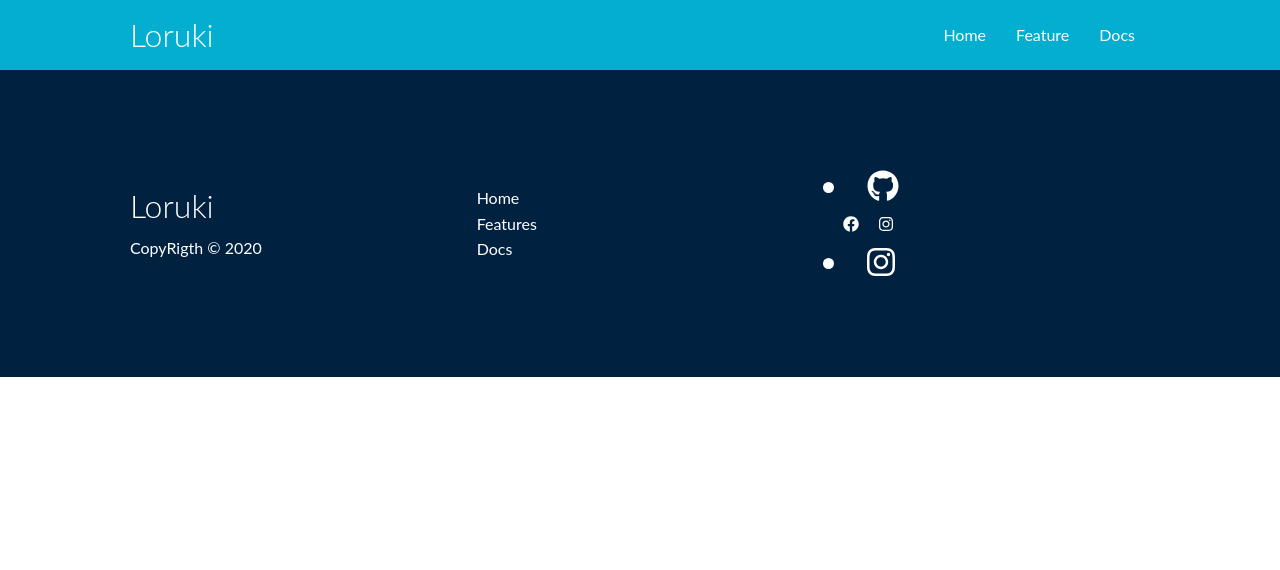
Repository: MosiurRrahman/loruki-app-reactjs
Page: /
The author's editor kept a copy of each file at every save. The page is drawn from the files as they stood at one save, then again after the next save.
The browser window is 1280 px wide. The pictures show the whole page.
The project was rebuilt for these pictures with package versions that can differ from the ones it lists, and the page was loaded fresh each time.

Above is the page before, as saved 2021-10-05 12:28:04.

### src/index.js
import React from 'react';
import ReactDOM from 'react-dom';
import Layout from './components/app';
import './index.css';
// import './utilities';






class Root extends React.Component{
  render(){
    return(
      <Layout></Layout>
    );
  }
}




ReactDOM.render(
  <React.StrictMode>
    <Root />
  </React.StrictMode>,
  document.getElementById('root')
);

### src/components/app.jsx
import { Component } from "react";
import Footer from "./common/Footer";
import Header from "./common/Header";

class Layout extends Component {
  render() {
    return (
      <>
        <Header />
        <Footer />
      </>
    );
  }
}
export default Layout;

### src/index.css
/* all css imported */

@import url("./assets/css/main");
@import url("./assets/css/utilities");

### src/components/common/Footer.jsx
import {
  faFacebook,
  faGithub,
  faInstagram,
} from "@fortawesome/free-brands-svg-icons";
import { FontAwesomeIcon } from "@fortawesome/react-fontawesome";
import { Component } from "react";

class Footer extends Component {
  render() {
    return (
      <>
        <footer className="footer bg-dark py-5">
          <div className="container grid grid-3">
            <div>
              <h1>Loruki</h1>
              <p>CopyRigth &copy; 2020</p>
            </div>
            <nav>
              <ul>
                <li>
                  <a href="index.html">Home</a>
                </li>
                <li>
                  <a href="feature.html">Features</a>
                </li>
                <li>
                  <a href="docs.html">Docs</a>
                </li>
              </ul>
            </nav>
            <div className="social">
              <a href="#">
                <li className="fa-2x">
                  <FontAwesomeIcon icon={faGithub} />
                </li>
              </a>
              <a href="#">
                <FontAwesomeIcon icon={faFacebook} />
              </a>
              <a href="#">
                <FontAwesomeIcon icon={faInstagram} />
              </a>
              <a href="#">
                <li className="fab fa-linkedin fa-2x">
                  <FontAwesomeIcon icon={faInstagram} />
                </li>
              </a>
            </div>
          </div>
        </footer>
      </>
    );
  }
}
export default Footer;

### src/components/common/Header.jsx
import { Component } from "react";

class Header extends Component {
  render() {
    return (
      <>
        <div className="navbar">
          <div className="container flex">
            <h1 className="logo">Loruki</h1>
            <nav>
              <ul>
                <li>
                  <a href="index.html">Home</a>
                </li>
                <li>
                  <a href="feature.html">Feature</a>
                </li>
                <li>
                  <a href="docs.html">Docs</a>
                </li>
              </ul>
            </nav>
          </div>
        </div>
      </>
    );
  }
}
export default Header;

### src/assets/css/main.css
:root {
  --primary-color: #04aed0;
  --secondry-color: #04a1c0;
  --dark-color: #002240;
  --light-color: #f4f4ff;
  --success-color: #5cb85c;
  --error-color: #d9534f;
}

* {
  box-sizing: border-box;
  margin: 0;
  padding: 0;
}

body {
  font-family: "lato", sans-serif;
  color: #333333;
  line-height: 1.6;
}

ul {
  list-style-type: none;
}

a {
  text-decoration: none;
  color: #333333;
}

h1,
h2 {
  font-weight: 300;
  line-height: 1.2;
  margin: 10px 0;
}

p {
  margin: 10px 0;
}

img {
  width: 100%;
}

code,
pre {
  background: #333;
  color: #fff;
  padding: 10px;
}

.hidden {
  visibility: hidden;
  height: 0;
}

/* === navbar style === */

.navbar {
  background-color: var(--primary-color);
  color: #ffffff;
  height: 70px;
}

.navbar .flex {
  justify-content: space-between;
}

.navbar ul {
  display: flex;
}

.navbar ul a {
  padding: 10px;
  margin: 0 5px;
  color: #fff;
  transition: 0.3s;
}

.navbar ul a:hover {
  border-bottom: 2px solid #fff;
}

/* === Showcase style === */

.showcase {
  height: 400px;
  background-color: var(--primary-color);
  color: #fff;
  position: relative;
}

.showcase h1 {
  font-size: 40px;
}

.showcase p {
  margin: 20px 0;
}

.showcase .grid {
  overflow: visible;
  grid-template-columns: 55% 45%;
  gap: 30px;
}

body {
  overflow-x: hidden;
}

.showcase-form {
  position: relative;
  top: 60px;
  height: 350px;
  max-width: 400px;
  padding: 40px;
  z-index: 100;
  animation: slideInFromRight 1s ease-in;
}

.showcase-text {
  animation: slideInFromLeft 1s ease-in;
}

.showcase .form-control {
  margin: 30px 0;
}

.showcase input[type="text"],
.showcase input[type="email"] {
  border: 0;
  border-bottom: 1px solid #b4becb;
  width: 100%;
  padding: 3px;
  font-size: 16px;
}

.showcase-form input:focus {
  outline: none;
}

.showcase::before,
.showcase::after {
  content: "";
  position: absolute;
  height: 100px;
  background: #fff;
  left: 0;
  bottom: -60px;
  right: 0;
  transform: skewY(-3deg);
  --webkit-transform: skewY(-3deg);
  --moz-transform: skewY(-3deg);
  --ms-transform: skewY(-3deg);
}

/* ===stats=== */

.stats {
  padding-top: 100px;
  animation: slideInFromBottom 1s ease-in;
}

.stats-heading {
  max-width: 500px;
  margin: auto;
}

.stats .grid h3 {
  font-size: 35px;
}

.stats .grid p {
  font-size: 20px;
  font-weight: bold;
}

/* cli */

.cli .grid {
  grid-template-columns: repeat(3, 1fr);
  grid-template-rows: repeat(2, 1fr);
}

.cli .grid > *:first-child {
  grid-column: 1 / span 2;
  grid-row: 1 / span 2;
}

/* Cloud */

.cloud .grid {
  grid-template-columns: repeat(4fr, 1fr);
}

/* languages */

.languages .flex {
  flex-wrap: wrap;
}

.languages .card {
  text-align: center;
  margin: 18px 10px 40px;
  transition: 0.3s;
}

.languages .card:hover {
  transform: translateY(-15px);
  color: var(--primary-color);
}

.languages .card h4 {
  font-size: 20px;
  margin-bottom: 10px;
}

/* Feature section */

.freatures-head img,
.docs-head img {
  width: 200px;
  justify-self: center;
}

.freatures-sub-head img {
  width: 300px;
  justify-self: flex-end;
}

/* feature main */

.freatures-main .card > i {
  margin-right: 20px;
}

.freatures-main .grid {
  padding: 30px;
}

.freatures-main .grid > *:first-child {
  grid-column: 1 / span 3;
}

.freatures-main .grid > *:nth-child(2) {
  grid-column: 1 / span 2;
}

.freatures-main .grid > *:nth-child(2) {
  justify-content: start;
}

/* dosc */

.docs-main h3 {
  margin: 20px 0;
}

.docs-main .grid {
  grid-template-columns: 1fr 2fr;
  align-items: flex-start;
}

.docs-main nav li {
  font-size: 20px;
  padding-bottom: 5px;
  margin-bottom: 5px;
  border-bottom: 1px solid #ccc;
}

.docs-main nav a:hover {
  color: var(--primary-color);
  font-weight: bold;
}

/* Footer */

.footer .social a {
  margin: 0 10px;
}

.footer .social a li {
  transition: 0.3s;
}

.footer .social a li:hover {
  transform: translateY(-5px);
  color: var(--primary-color);
}

/* Animation */

@keyframes slideInFromLeft {
  0% {
    transform: translateX(-100%);
  }
  100% {
    transform: translateX(0);
  }
}

@keyframes slideInFromRight {
  0% {
    transform: translateX(70%);
  }
  100% {
    transform: translateX(0);
  }
}

@keyframes slideInFromTop {
  0% {
    transform: translateY(-100%);
  }
  100% {
    transform: translateX(0);
  }
}

@keyframes slideInFromBottom {
  0% {
    transform: translateY(100%);
  }
  100% {
    transform: translateX(0);
  }
}

/* ===responsive css ===*/

/* Tablets and under */

@media (max-width: 768px) {
  .grid,
  .showcase .grid,
  .stats .grid,
  .cli .grid,
  .cloud .grid,
  .freature-main .grid,
  .docs-main .grid {
    grid-template-columns: 1fr;
    grid-template-rows: 1fr;
  }
  .showcase {
    height: auto;
  }
  .showcase-text {
    text-align: center;
    margin-top: 40px;
    animation: slideInFromTop 1s ease-in;
  }
  .showcase-form {
    justify-self: center;
    margin: auto;
    animation: slideInFromBottom 1s ease-in;
  }
  .cli .grid > *:first-child {
    grid-column: 1;
    grid-row: 1;
  }
  .freatures-head,
  .freatures-sub-head,
  .docs-head {
    text-align: center;
  }
  .freatures-head img,
  .freatures-sub-head img,
  .docs-head img {
    justify-self: center;
  }
  .freatures-main .grid > *:first-child,
  .freatures-main .grid > *:nth-child(2) {
    grid-column: 1;
  }
}

/* Mobile */

@media (max-width: 500px) {
  .navbar {
    height: 110px;
  }
  .navbar .flex {
    flex-direction: column;
  }
  .navbar ul {
    padding: 10px;
    background: rgba(0, 0, 0, 0.1);
  }
}

/* ===responsive css end ===*/

### src/assets/css/utilities.css
/* === utlities === */

.container {
  max-width: 1100px;
  margin: 0 auto;
  overflow: auto;
  padding: 0 40px;
}

.card {
  background-color: #fff;
  color: #333;
  border-radius: 10px;
  box-shadow: 0 3px 10px rgba(0, 0, 0, 0.2);
  padding: 20px;
  margin: 10px;
}

.card p {
  padding-left: 20px;
}

.btn {
  display: inline-block;
  padding: 10px 30px;
  cursor: pointer;
  background: var(--primary-color);
  color: #fff;
  border: none;
  border-radius: 5px;
  transition: 0.3s;
}

.btn-outline {
  background-color: transparent;
  border: 1px solid #ffffff;
}

.btn:hover {
  transform: translate(5px);
}

/* background and colored buttons */

.btn-primary,
.bg-primary {
  background-color: var(--primary-color);
  color: #ffffff;
}

.btn-secondry,
.bg-secondry {
  background-color: var(--secondry-color);
  color: #ffffff;
}

.btn-dark,
.bg-dark {
  background-color: var(--dark-color);
  color: #ffffff;
}

.btn-light,
.bg-light {
  background-color: var(--light-color);
  color: #333;
}

.btn-primary a,
.bg-primary a,
.btn-secondry a,
.bg-secondry a,
.btn-dark a,
.bg-dark a {
  color: #fff;
}

/* text sizes */

.lead {
  font-size: 20px;
}

.sm {
  font-size: 1rem;
}

.md {
  font-size: 2rem;
}

.lg {
  font-size: 3rem;
}

.xl {
  font-size: 4rem;
}

.text-center {
  text-align: center;
}

.flex {
  display: flex;
  justify-items: center;
  align-items: center;
  height: 100%;
}

.grid {
  display: grid;
  grid-template-columns: repeat(2, 1fr);
  gap: 20px;
  justify-content: center;
  align-items: center;
  height: 100%;
}

.grid-3 {
  grid-template-columns: repeat(3, 1fr);
}

/* alart */

.alert {
  background-color: var(--light-color);
  padding: 10px 20px;
  font-weight: bold;
  margin: 15px 0;
}

.alert i {
  margin-right: 10px;
}

.alert-success {
  background-color: var(--success-color);
  color: #fff;
}

.alert-error {
  background-color: var(--errer-color);
  color: #fff;
}

/* Margin */

.my-1 {
  margin: 1rem 0;
}

.my-2 {
  margin: 1.5rem 0;
}

.my-3 {
  margin: 2rem;
}

.my-4 {
  margin: 3rem 0;
}

.my-5 {
  margin: 4rem 0;
}

.m-1 {
  margin: 1rem;
}

.m-2 {
  margin: 1.5rem;
}

.m-3 {
  margin: 2rem;
}

.m-4 {
  margin: 3rem;
}

.m-5 {
  margin: 4rem;
}

/* padding */

.py-1 {
  padding: 1rem 0;
}

.py-2 {
  padding: 1.5rem 0;
}

.py-3 {
  padding: 2rem;
}

.py-4 {
  padding: 3rem 0;
}

.py-5 {
  padding: 4rem 0;
}

.p-1 {
  padding: 1rem;
}

.p-2 {
  padding: 1.5rem;
}

.p-3 {
  padding: 2rem;
}

.p-4 {
  padding: 3rem;
}

.p-5 {
  padding: 4rem;
}

Loaded but not shown: public/index.html (common file)

After the next save:
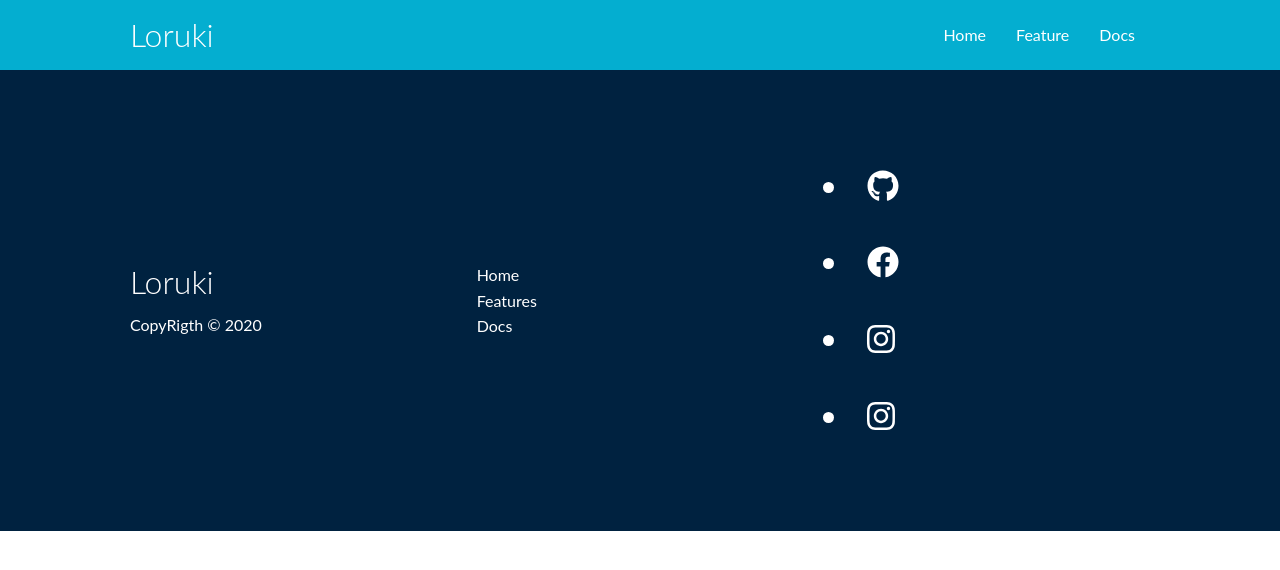
Saved 40 s later.
--- a/src/components/common/Footer.jsx
+++ b/src/components/common/Footer.jsx
@@ -36,13 +36,17 @@ class Footer extends Component {
                 </li>
               </a>
               <a href="#">
-                <FontAwesomeIcon icon={faFacebook} />
+                <li className="fa-2x">
+                  <FontAwesomeIcon icon={faFacebook} />
+                </li>
               </a>
               <a href="#">
-                <FontAwesomeIcon icon={faInstagram} />
+                <li className="fa-2x">
+                  <FontAwesomeIcon icon={faInstagram} />
+                </li>
               </a>
               <a href="#">
-                <li className="fab fa-linkedin fa-2x">
+                <li className=" fa-2x">
                   <FontAwesomeIcon icon={faInstagram} />
                 </li>
               </a>
